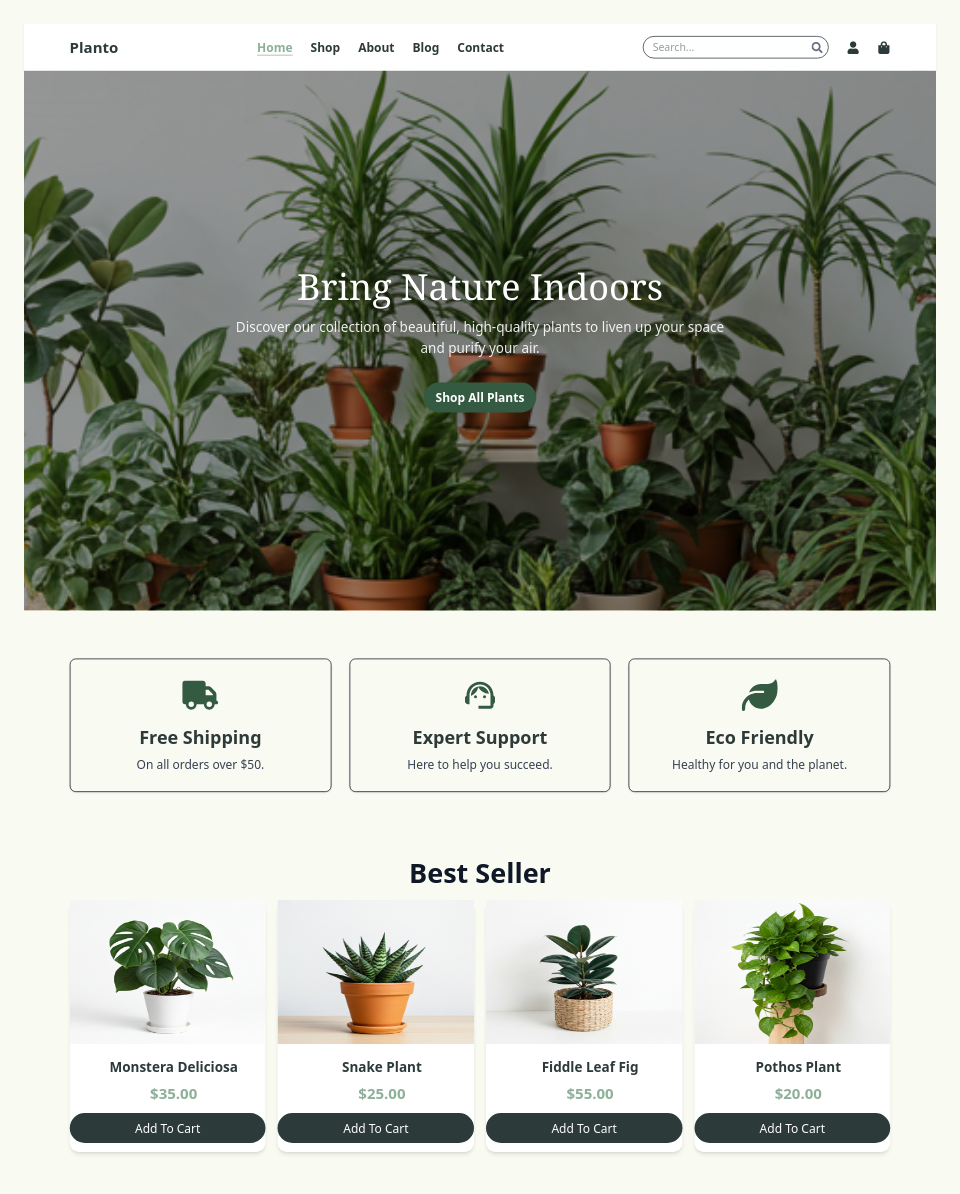
Repository: mazenessam99/Planto
Page: /
An editor plug-in stored every save of this project. The page is shown before and after a run of saves, followed by the edit.
The browser window is 1280 px wide. The pictures show the whole page, at 75% of full size.
The project was rebuilt for these pictures with package versions that can differ from the ones it lists, and the page was loaded fresh each time. Also part of the build but not shown: vite.config.js.

Above is the page before, as saved 2025-11-22 23:16:21.

### index.html
<!doctype html>
<html lang="en">
  <head>
    <meta charset="UTF-8" />
    <link rel="icon" type="image/svg+xml" href="/vite.svg" />
    <meta name="viewport" content="width=device-width, initial-scale=1.0" />
    <title>plants_website</title>
  </head>
  <body>
    <div id="root"></div>
    <script type="module" src="/src/main.jsx"></script>
  </body>
</html>

### src/index.css
@import "tailwindcss";
@import "tailwindcss/theme" layer(theme);
@theme {
  --color-primary: #2D3A3A;
  --color-forest:#386641;
  --color-green:#345A41;
  --color-secondary: #8DB098;
  --color-Terracotta: #C27357;
  --color-sky:#B0D0D3;
  --font-cairo: "Cairo", sans-serif;
  --spacing-128: 32rem;
}

/* ----- BASE ----- */
@layer base {
  body {
    @apply  bg-[#F9FAF1] text-gray-900;
  }
}

/* ----- COMPONENTS ----- */
@layer components {
  .btn {
    @apply bg-primary text-white px-4 py-2 rounded-full cursor-pointer ;
  }
  .btn-green{
    @apply bg-green ;
  }

  .card {
    @apply bg-white p-6 rounded-xl shadow;
  }

}
/* Scrollbar width */
::-webkit-scrollbar {
  width: 8px;
}

/* Scrollbar track  */
::-webkit-scrollbar-track {
  background: #2D3A3A;
  border-radius: 8px;
}

/* Scrollbar thumb  */
::-webkit-scrollbar-thumb {
  background-color: #8DB098;
  border-radius: 8px;
}

::-webkit-scrollbar-thumb:hover {
  background-color: #789983;
}

.container{
  width:90%;
  margin:0 auto;
}

### src/App.jsx

import './App.css'
import Button from './components/ui/Button'
import Home from './pages/Home'

function App() {


  return (
    <>
      <Home/>


    </>
  )
}

export default App

### src/components/ui/Button.jsx
const Button = ({ children, className = "",variant="", ...props }) => {
    return (
        <button className={`btn btn-${variant} ${className}`} {...props}>
            {children}
        </button>
    )
}

export default Button

### src/pages/Home.jsx
import BestSeller from '../components/layout/BestSeller'
import DeliveryCard from '../components/layout/DeliveryCard'
import Hero from '../components/layout/Hero'
import Navbar from '../components/layout/Navbar'

const Home = () => {
  return (
    <div>
        <Navbar/>
        <Hero/>
        <DeliveryCard/>
        <BestSeller/>
    </div>
  )
}

export default Home

### src/components/layout/BestSeller.jsx
import React from 'react'
import { BESTSELLER_CARDS } from '../../utils/constants';
import ProductCard from '../ui/ProductCard';

const BestSeller = () => {
  return (
    <section className='container py-6'>
        <h2 className="text-4xl text-center font-bold mb-4">Best Seller</h2>
        <div className='grid grid-cols-1 sm:grid-cols-2 lg:grid-cols-4 gap-4'>
            {BESTSELLER_CARDS.map((card,index)=>(
                <ProductCard src={card.src} title={card.title} price={card.price}/>
        ))}
        </div>

    </section>
  )
}

export default BestSeller;

### src/components/layout/DeliveryCard.jsx
import { motion } from "framer-motion";
import { DELIVERY_CARDS } from "../../utils/constants";
import { FaTruck, FaLeaf } from "react-icons/fa6";
import { MdSupportAgent } from "react-icons/md";

const icons = {
  truck: <FaTruck />,
  support: <MdSupportAgent />,
  leaf: <FaLeaf />,
};

const DeliveryCards = () => {
  return (
    <section className="container py-16">
      <div className="grid grid-cols-1 sm:grid-cols-2 lg:grid-cols-3 gap-6">
        {DELIVERY_CARDS.map((card, index) => (
          <div key={card.id} className="flex flex-col items-center justify-center text-center p-6 border rounded-lg shadow hover:shadow-lg  transition">
            <div className="text-5xl text-green">
              {icons[card.icon]}
            </div>
            <h3 className="mt-4 mb-2 font-bold text-xl md:text-2xl text-primary">{card.title}</h3>
            <p className="text-gray-700 ">{card.desc}</p>
          </div>
        ))}

      </div>
    </section>
  );
};

export default DeliveryCards;

### src/components/layout/Hero.jsx
import { motion } from "framer-motion";
import HeroImg from "../../assets/images/Hero.png";
import Button from "../ui/Button";

const Hero = () => {
  return (
    <section
      className="relative h-screen overflow-hidden"
    >

      <motion.div
        className="absolute inset-0 bg-cover bg-center"
        style={{ backgroundImage: `url(${HeroImg})` }}
        animate={{ scale: [1, 1.05, 1] }}
        transition={{ duration: 10, repeat: Infinity, ease: "easeInOut" }}
      />

      {/* Overlay */}
      <div className="absolute inset-0 bg-black/40"></div>

      <div className="relative z-10 flex flex-col items-center justify-center h-full px-4 md:px-0 space-y-4 text-center">
        <motion.h1
          initial={{ y: -20, opacity: 0 }}
          animate={{ y: 0, opacity: 1 }}
          transition={{ duration: 0.8 }}
          className="text-white text-2xl md:text-4xl lg:text-5xl font-serif"
        >
          Bring Nature Indoors
        </motion.h1>

        <motion.h2
          initial={{ y: 20, opacity: 0 }}
          animate={{ y: 0, opacity: 1 }}
          transition={{ duration: 0.8, delay: 0.3 }}
          className="text-white/90 text-sm md:text-base lg:text-lg max-w-2xl font-normal"
        >
          Discover our collection of beautiful, high-quality plants to liven up your space and purify your air.
        </motion.h2>

        <motion.div
          initial={{ scale: 0.8, opacity: 0 }}
          animate={{ scale: 1, opacity: 1 }}
          transition={{ duration: 0.5, delay: 0.6 }}
        >
          <Button className="btn-green font-bold mt-4">Shop All Plants</Button>
        </motion.div>
      </div>
    </section>
  );
};

export default Hero;

### src/components/layout/Navbar.jsx
import { useState } from "react";
import { NavLink } from "react-router-dom";
import { NAVBAR_LINKS } from "../../utils/constants";
import { FaBars, FaSearch, FaUser, FaShoppingBag } from "react-icons/fa";
import { IoClose } from "react-icons/io5";
import { motion, AnimatePresence } from "framer-motion";

const Navbar = () => {
    const [menuOpen, setMenuOpen] = useState(false);

    return (
        <nav className="bg-white shadow sticky top-0 z-50 ">
            <div className="container flex justify-between items-center py-4">
                {/* Logo */}
                <a href="/" className="text-primary text-xl font-bold">Planto</a>

                {/* Desktop Links */}
                <ul className="hidden md:flex gap-6 items-center">
                    {NAVBAR_LINKS.map((link) => (
                        <li key={link.id}>
                            <NavLink
                                to={link.path}
                                className={({ isActive }) =>
                                    `text-primary font-semibold transition hover:text-secondary
                                ${isActive ? "text-secondary underline underline-offset-4" : ""}`
                                }
                            >
                                {link.label}
                            </NavLink>
                        </li>
                    ))}
                </ul>

                {/* Desktop Icons + Search */}
                <div className="hidden md:flex gap-6 items-center text-primary">
                    {/* Search input */}
                    <div className="relative">
                        <input
                            type="text"
                            placeholder="Search..."
                            className="border rounded-full pl-3 pr-8 py-1 text-sm focus:outline-none focus:ring-2 focus:ring-secondary"
                        />
                        <FaSearch size={15} className="absolute right-2 top-2 text-gray-500" />
                    </div>

                    <FaUser size={17} className="cursor-pointer hover:text-secondary" />
                    <FaShoppingBag size={17} className="cursor-pointer hover:text-secondary" />
                </div>

                {/* Mobile menu button */}
                <button
                    className="md:hidden text-primary"
                    onClick={() => setMenuOpen(true)}
                    aria-label="Open menu"
                    aria-expanded={menuOpen}
                >
                    <FaBars size={22} />
                </button>
            </div>

            {/* Mobile overlay + drawer (AnimatePresence for exit animation) */}
            <AnimatePresence>
                {menuOpen && (
                    <motion.div
                        className="md:hidden fixed inset-0 z-40"
                        initial={{ opacity: 0 }}
                        animate={{ opacity: 1 }}
                        exit={{ opacity: 0 }}
                        onClick={() => setMenuOpen(false)}
                    >
                        {/* Drawer */}
                        <motion.div
                            className="bg-white w-72 h-full shadow-lg p-6"
                            initial={{ x: "-100%" }}
                            animate={{ x: 0 }}
                            exit={{ x: "-100%" }}
                            transition={{ type: "linear", duration: 0.4 }}
                            onClick={(e) => e.stopPropagation()}
                        >
                            {/* Close */}
                            <div className="flex justify-between items-center mb-6">
                                <a href="/" className="text-lg font-bold text-primary">Planto</a>
                                <button onClick={() => setMenuOpen(false)} aria-label="Close menu">
                                    <IoClose size={26} className="text-primary" />
                                </button>
                            </div>

                            {/* Mobile Search */}
                            <div className="mb-4">
                                <div className="relative">
                                    <input
                                        type="text"
                                        placeholder="Search..."
                                        className="w-full border rounded-full pl-3 pr-8 py-2 text-sm focus:outline-none focus:ring-2 focus:ring-secondary"
                                    />
                                    <FaSearch size={15} className="absolute right-3 top-3 text-gray-500" />
                                </div>
                            </div>

                            {/* Links */}
                            <ul className="flex flex-col gap-4 text-primary font-semibold">
                                {NAVBAR_LINKS.map((link) => (
                                    <li key={link.id}>
                                        <NavLink
                                            to={link.path}
                                            onClick={() => setMenuOpen(false)}
                                            className={({ isActive }) =>
                                                `block py-2 ${isActive ? "text-secondary" : ""}`
                                            }
                                        >
                                            {link.label}
                                        </NavLink>
                                    </li>
                                ))}
                            </ul>

                            {/* Icons */}
                            <div className="flex gap-4 mt-6 text-primary">
                                <FaUser size={18} />
                                <FaShoppingBag size={18} />
                            </div>
                        </motion.div>
                    </motion.div>
                )}
            </AnimatePresence>
        </nav>
    );
};

export default Navbar;

### src/utils/constants.js
import img1 from "../../src/assets/images/Featured_1.png";
import img2 from "../../src/assets/images/Featured_2.png";
import img3 from "../../src/assets/images/Featured_3.png";
import img4 from "../../src/assets/images/Featured_4.png";
// Navbar_Links
export const NAVBAR_LINKS = [
    { id: 1, label: 'Home', path: '/' },
    { id: 2, label: 'Shop', path: '/shop' },
    { id: 3, label: 'About', path: '/about' },
    { id: 4, label: 'Blog', path: '/blog' },
    { id: 5, label: 'Contact', path: '/contact' },
];

// Delivery_Cards
export const DELIVERY_CARDS = [
    { id: 1, icon: "truck", title: "Free Shipping", desc: "On all orders over $50." },
    { id: 2, icon: "support", title: "Expert Support", desc: "Here to help you succeed." },
    { id: 3, icon: "leaf", title: "Eco Friendly", desc: "Healthy for you and the planet." },
];

// BESTSELLER_CARDS
export const BESTSELLER_CARDS=[
    {id:1,src:img1,title:'Monstera Deliciosa',price:'$35.00'},
    {id:2,src:img2,title:'Snake Plant',price:'$25.00'},
    {id:3,src:img3,title:'Fiddle Leaf Fig',price:'$55.00'},
    {id:4,src:img4,title:'Pothos Plant',price:'$20.00'}
]

### src/components/ui/ProductCard.jsx
import Button from "./Button";

const ProductCard = ({src,title,price,showButton=true,buttonText='Add To Cart'}) => {
  return (
    <div className="bg-white rounded-xl shadow-md flex flex-col hover:shadow-xl transition-all">
      <div className="w-full h-48 overflow-hidden ">
        <img src={src} className="w-full h-full hover:scale-105 transition"/>
      </div>
      <h3 className="mt-4 ms-4 text-lg font-semibold text-primary">{title}</h3>
      <p className="mt-2 ms-4 font-bold text-xl text-secondary">{price}</p>
      {showButton&&(
        <Button className="my-3 ">
          {buttonText}
        </Button>
      )}

    </div>
  )
}

export default ProductCard;

Loaded but not shown: src/main.jsx (common file); src/App.css (common file)

After the next 3 saves:
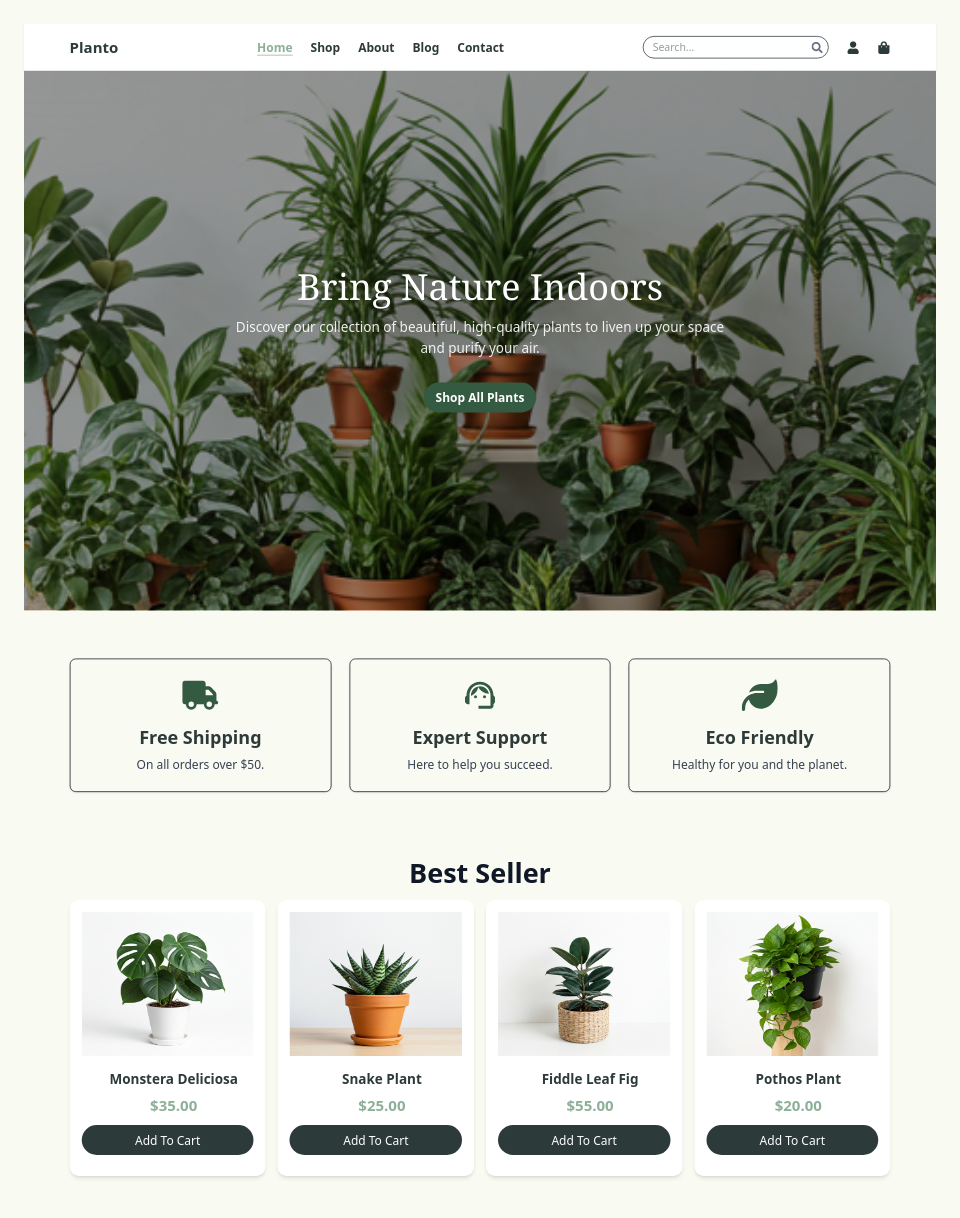
The 3 saves are shown as one change because they came seconds apart.
The last was saved 17 s later.
--- a/src/components/ui/ProductCard.jsx
+++ b/src/components/ui/ProductCard.jsx
@@ -2,7 +2,7 @@ import Button from "./Button";
 
 const ProductCard = ({src,title,price,showButton=true,buttonText='Add To Cart'}) => {
   return (
-    <div className="bg-white rounded-xl shadow-md flex flex-col hover:shadow-xl transition-all">
+    <div className="bg-white rounded-xl p-4 shadow-md flex flex-col hover:shadow-xl transition-all">
       <div className="w-full h-48 overflow-hidden ">
         <img src={src} className="w-full h-full hover:scale-105 transition"/>
       </div>
